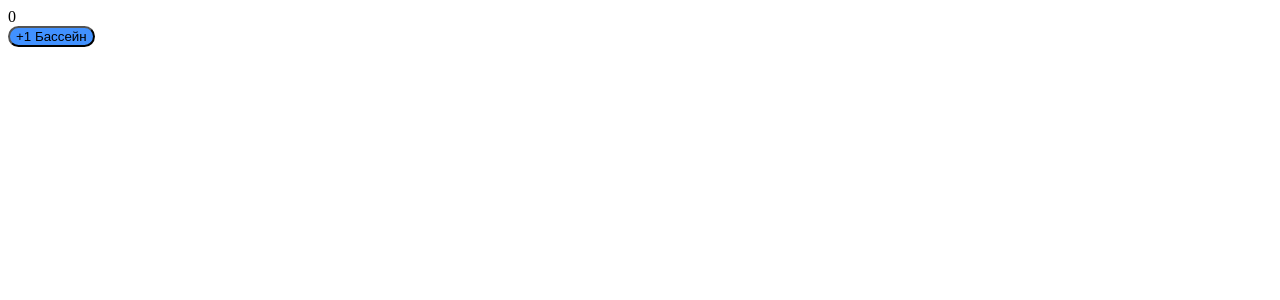
Repository: Huseynov98/js-practice
Page: index.html
An editor plug-in stored every save of this project. The page is shown before and after the next save, followed by the edit.
The browser window is 1280 px wide. The pictures show the whole page.

Above is the page before, as saved 2023-05-15 10:19:02.

### index.html
<!DOCTYPE html>
<html lang="en">

<head>
    <meta charset="UTF-8">
    <meta http-equiv="X-UA-Compatible" content="IE=edge">
    <meta name="viewport" content="width=device-width, initial-scale=1.0">
    <link rel="shortcut icon" href="./resources/favicon.png" type="image/x-icon">
    <link rel="preconnect" href="https://fonts.googleapis.com">
    <link rel="preconnect" href="https://fonts.gstatic.com" crossorigin>
    <link href="https://fonts.googleapis.com/css2?family=Manrope&display=swap" rel="stylesheet">
    <link rel="stylesheet" href="./CSS/index.css">
    <title> Counter App </title>
</head>

<body>
    <div class="counter">
        <div class="counter__value">0</div>
        <button class="counter__addButton">+1 Бассейн</button>
    </div>




    <script src="./JS/index.js"></script>
</body>

</html>

### CSS/index.css
.counter__addButton {
  background: #4191ff;
  border-radius: 20px;
}

Loaded but not shown: JS/index.js (empty)

After the next save:
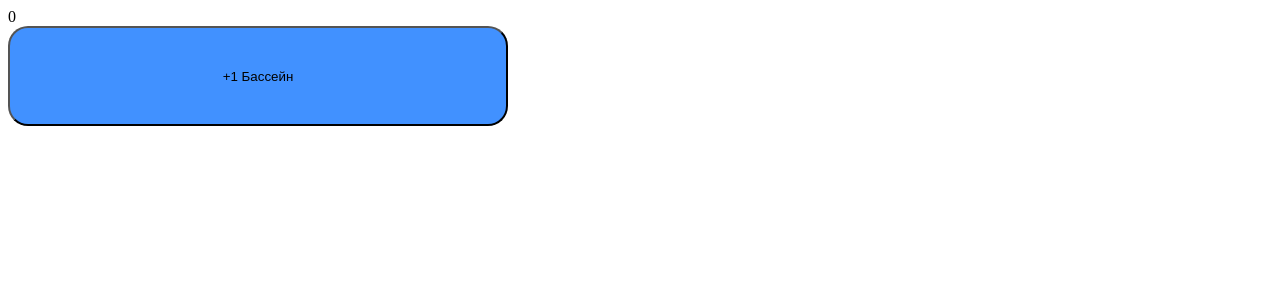
Saved 10 s later.
--- a/CSS/index.css
+++ b/CSS/index.css
@@ -1,4 +1,6 @@
 .counter__addButton {
+  width: 500px;
+  height: 100px;
   background: #4191ff;
   border-radius: 20px;
 }
